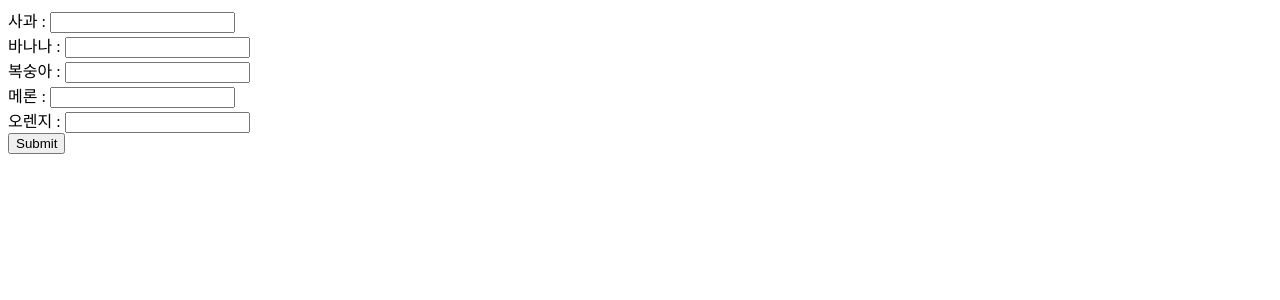
Repository: SimpleRan/jsp_paractice2
Page: http://localhost/JSPBasic/jspobject/request/req_form.jsp
The author's editor kept a copy of each file at every save. The page is drawn from the files as they stood at one save, then again after the next save.
The browser window is 1280 px wide. The pictures show the whole page.
The page is served by Tomcat 9.

Above is the page before, as saved 2022-03-24 12:13:22.

After the next save:
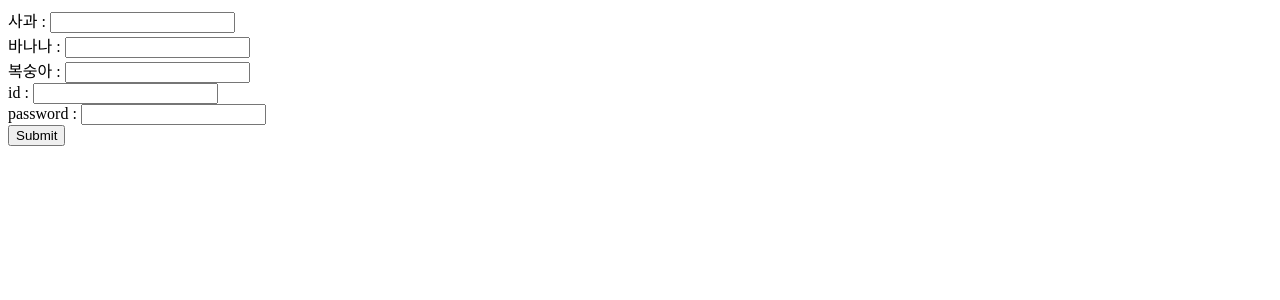
Saved 37 s later.
--- a/JSPBasic/src/main/webapp/jspobject/request/req_form.jsp
+++ b/JSPBasic/src/main/webapp/jspobject/request/req_form.jsp
@@ -15,8 +15,8 @@
 		사과 : <input type="text" name= "apple"/><br/>
 		바나나 : <input type="text" name= "banana"/><br/>
 		복숭아 : <input type="text" name= "peach"/><br/>
-		메론 : <input type="text" name="id"/><br/>
-		오렌지 : <input type="password" name="pw"/><br/>
+		id : <input type="text" name="id"/><br/>
+		password : <input type="password" name="pw"/><br/>
 
 		<input type="submit">
 	</form>
